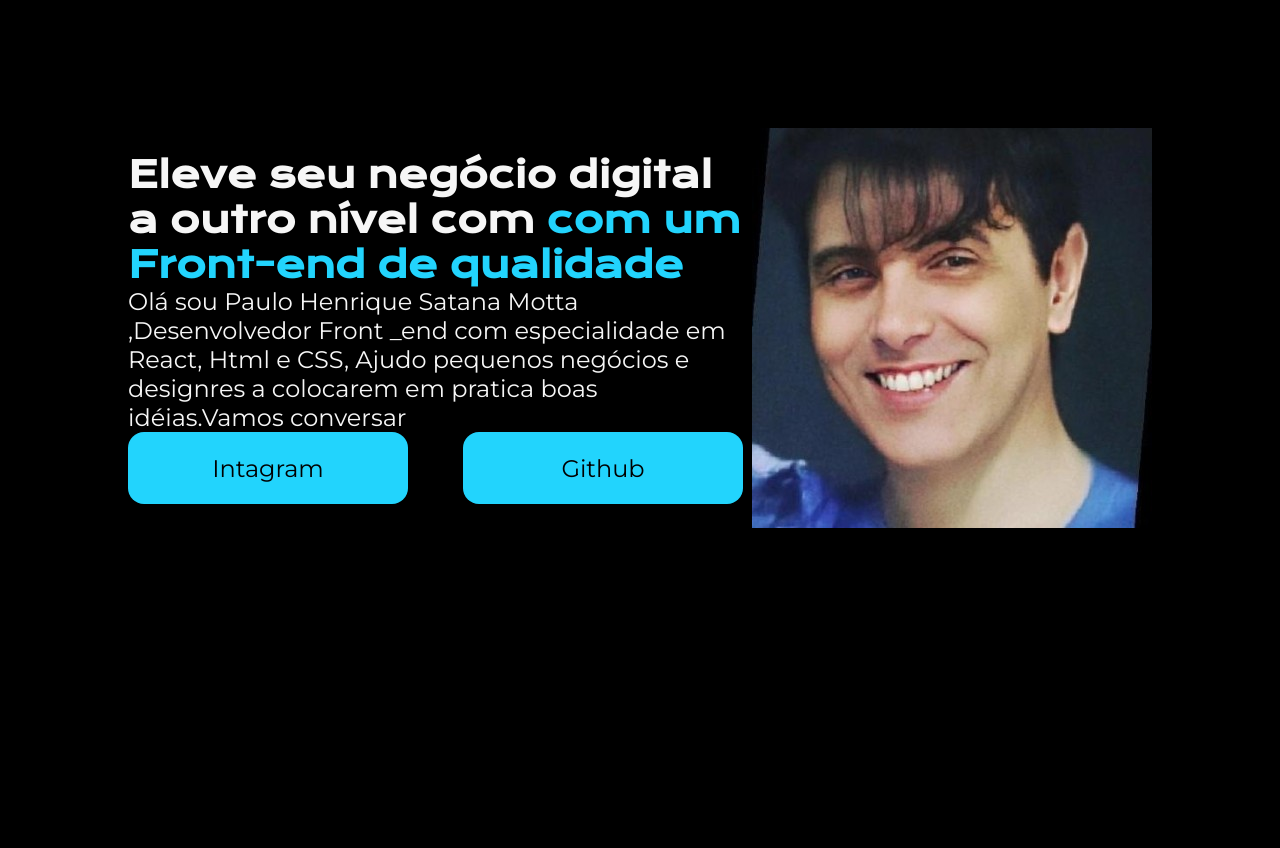
Repository: phsmottanerd/projeto-portfolio-alura
Page: index.html
These files come from the project's save history. The page is drawn as it stood at one moment and after the next save; the edit follows.
The browser window is 1280 px wide. The pictures show the whole page.

Above is the page before, as saved 2025-01-24 02:28:09.

### index.html
<!DOCTYPE html>
<html lang="pt-br">
  <head>
    <meta charset="UTF-8" />
    <meta name="viewport" content="width=device-width, initial-scale=1.0" />
    <link rel="stylesheet" href="./style.css" />
    <title>Portfólio</title>
  </head>
  <body>
    <header></header>
    <main class="apresentacao">
      <section class="apresentacao__conteudo">
        <h1 class="apresentacao__conteudo__titulo">
          Eleve seu negócio digital a outro nível com
          <strong class="titulo-destaque">
            com um Front-end de qualidade</strong
          >
        </h1>
        <p class="apresentacao__conteudo__texto">
          Olá sou Paulo Henrique Satana Motta ,Desenvolvedor Front _end com
          especialidade em React, Html e CSS, Ajudo pequenos negócios e
          designres a colocarem em pratica boas idéias.Vamos conversar
        </p>
        <div class="apresentacao__links">
          <a class="apresentacao__links__link" href="">Intagram</a>
          <a class="apresentacao__links__link" href="https://github.com/phsmottanerd?tab=repositories">Github</a>
        </div>
      </section>
      <img src="./img/1722867171561.jpg" alt="imgem-foto" />
    </main>
    <footer></footer>
  </body>
</html>

### style.css
@import url("https://fonts.googleapis.com/css2?family=Krona+One&family=Montserrat&display=swap");
* {
  margin: 0;
  padding: 0;
  box-sizing: border-box;
}
body {
  height: 100vh;
  background-color: black;
  color: #f6f6f6;
}

.titulo-destaque {
  color: #22d4fd;
}
.apresentacao {
  margin: 10%;
  display: flex;
  align-items: center;
  justify-content: space-between;
}
.apresentacao__conteudo {
  width: 615px;
}
.apresentacao__conteudo__titulo {
  font-size: 36px;
  font-family: "Krona One", sans-serf;
}
.apresentacao__conteudo__texto {
  font-size: 24px;
  font-family: "Montserrat", sans-serf;
}
.apresentacao__links{

    display:flex;
    justify-content:space-between;

}
.apresentacao__links__link{

background-color:#22d4FD;
width: 280px;
text-align: center;
border-radius: 16px;
font-size:24px;
font-weigght:600;
padding: 21.5px 0;
text-decoration:none;
color:#000000;
font-family: "Montserrat", sans-serf;

}

After the next save:
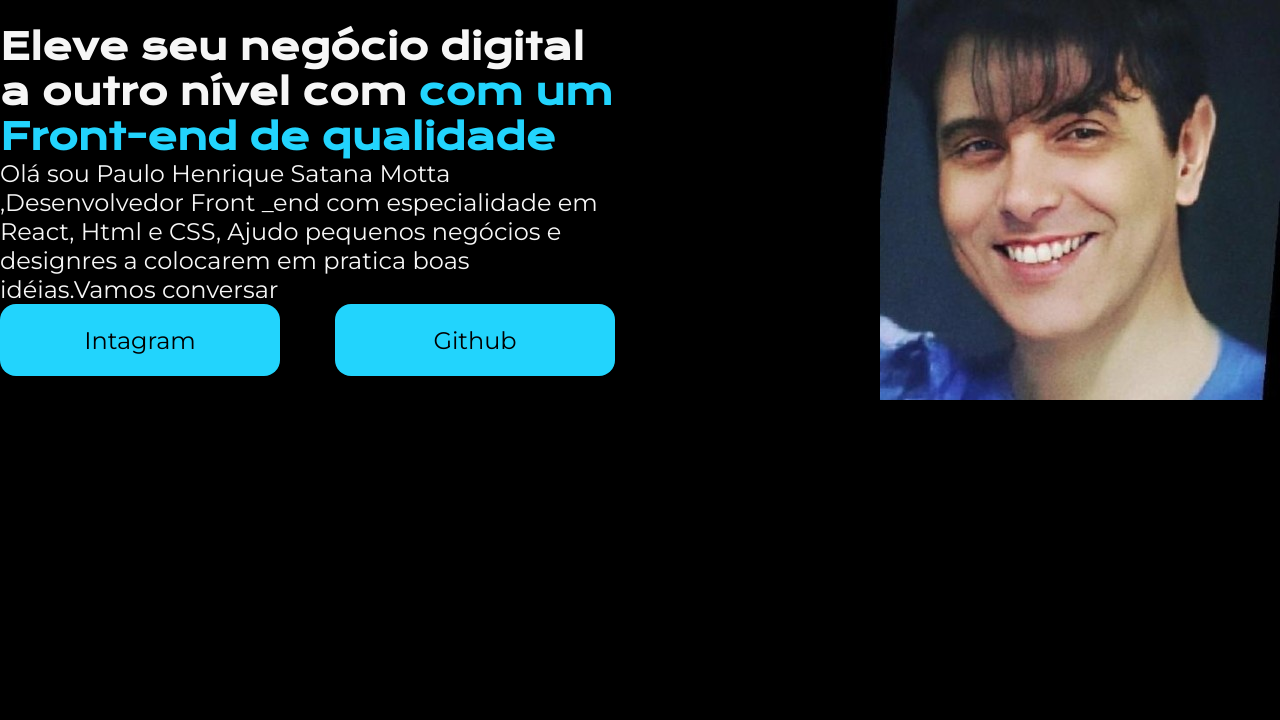
Saved 2 min 38 s later.
--- a/style.css
+++ b/style.css
@@ -14,7 +14,7 @@ body {
   color: #22d4fd;
 }
 .apresentacao {
-  margin: 10%;
+  margin: 10% 15;
   display: flex;
   align-items: center;
   justify-content: space-between;
